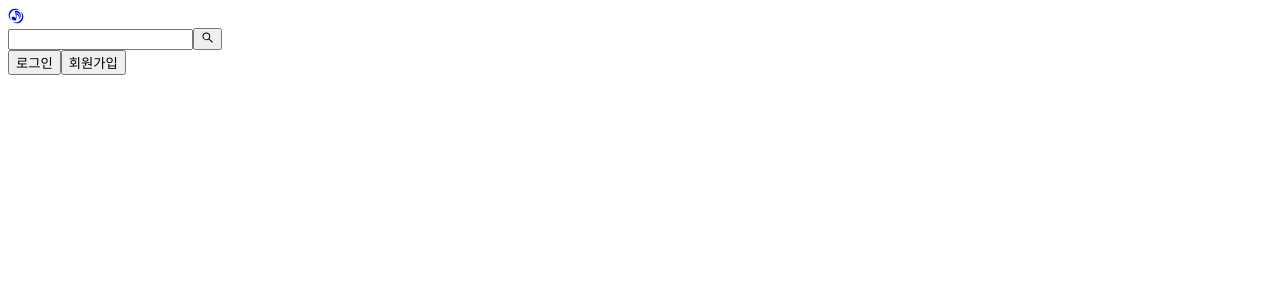
Repository: momo0170/streaming
Page: /
The author's editor kept a copy of each file at every save. The page is drawn from the files as they stood at one save, then again after the next save.
The browser window is 1280 px wide. The pictures show the whole page.
The project was rebuilt for these pictures with package versions that can differ from the ones it lists, and the page was loaded fresh each time. Also part of the build but not shown: src/index.css, src/App.css.

Above is the page before, as saved 2023-09-18 12:38:20.

After the next save:
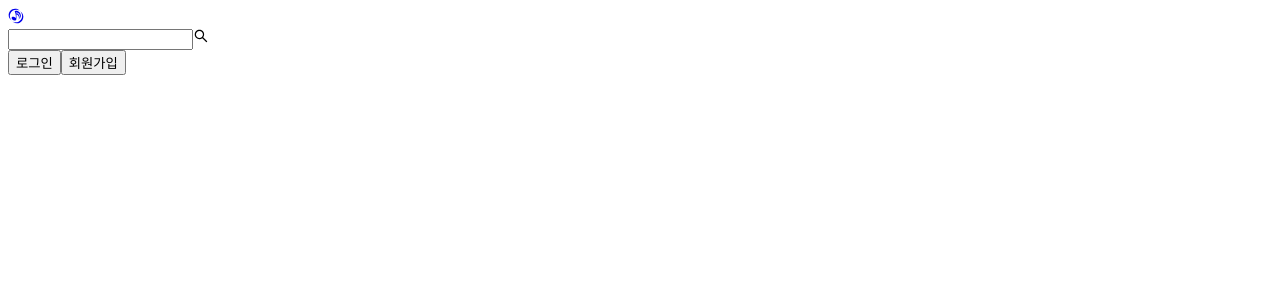
Saved 52 s later.
--- a/src/components/Header.jsx
+++ b/src/components/Header.jsx
@@ -11,9 +11,7 @@
       </Link>
       <form>
         <input type="text" />
-        <button>
-          <AiOutlineSearch />
-        </button>
+        <AiOutlineSearch />
       </form>
       <div>
         <button>로그인</button>

After the save that followed:
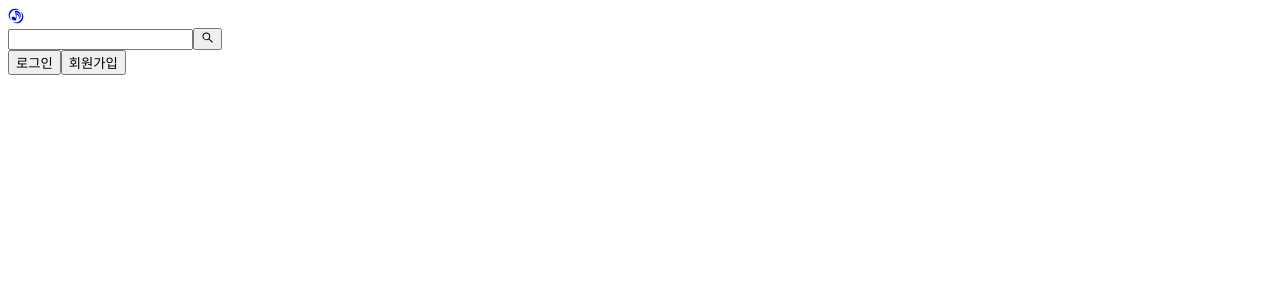
Saved 8 s later.
--- a/src/components/Header.jsx
+++ b/src/components/Header.jsx
@@ -11,7 +11,9 @@
       </Link>
       <form>
         <input type="text" />
-        <AiOutlineSearch />
+        <button>
+          <AiOutlineSearch />
+        </button>
       </form>
       <div>
         <button>로그인</button>
